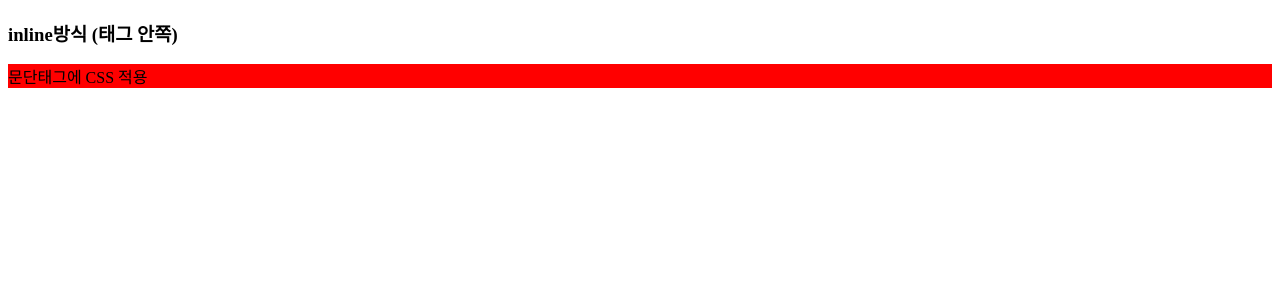
Repository: start-ha/MSA_EDU
Page: WEB/WebFront/WebLabs/Web/src/main/webapp/Ex03_Basic_Css.html
An editor plug-in stored every save of this project. The page is shown before and after the next save, followed by the edit.
The browser window is 1280 px wide. The pictures show the whole page.

Above is the page before, as saved 2025-09-16 05:49:37.

### WEB/WebFront/WebLabs/Web/src/main/webapp/Ex03_Basic_Css.html
<!DOCTYPE html>
<html>
<head>
<meta charset="UTF-8">
<title>Insert title here</title>
</head>
<body>
<!--
개발자가 알아야 할 CSS 지식
1.Inline - by using the style attribute inside HTML elements
2.Internal
3.External

inline > <p style = ""
Internal > <style type 현재 페이지에서만 적용>
External > 외부에 별도의 css 만듬 > common.css, hader.css


 -->
	<h3>inline방식 (태그 안쪽)</h3>
	<p style = "background-color: red;">문단태그에 CSS 적용</p>

</body>
</html>

After the next save:
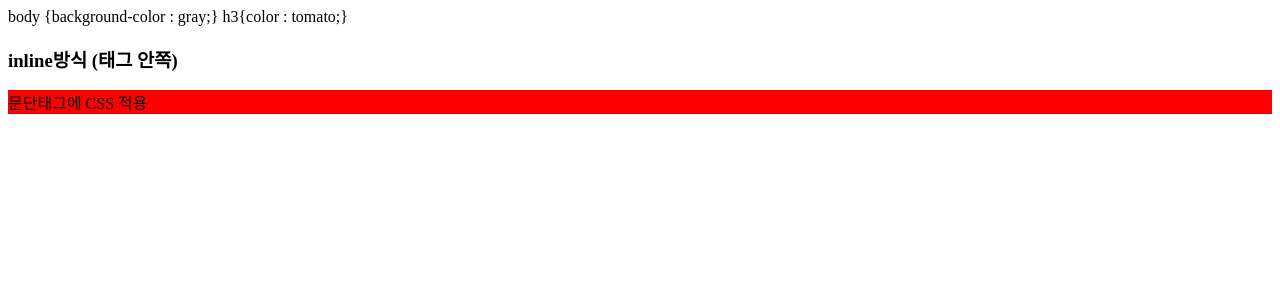
Saved 110 s later.
--- a/WEB/WebFront/WebLabs/Web/src/main/webapp/Ex03_Basic_Css.html
+++ b/WEB/WebFront/WebLabs/Web/src/main/webapp/Ex03_Basic_Css.html
@@ -3,6 +3,9 @@
 <head>
 <meta charset="UTF-8">
 <title>Insert title here</title>
+<sytle type = "text/css">
+	body {background-color : gray;}
+	h3{color : tomato;}
 </head>
 <body>
 <!--
@@ -20,5 +23,7 @@ External > 외부에 별도의 css 만듬 > common.css, hader.css
 	<h3>inline방식 (태그 안쪽)</h3>
 	<p style = "background-color: red;">문단태그에 CSS 적용</p>
 
+	<h3></h3>
+
 </body>
 </html>
